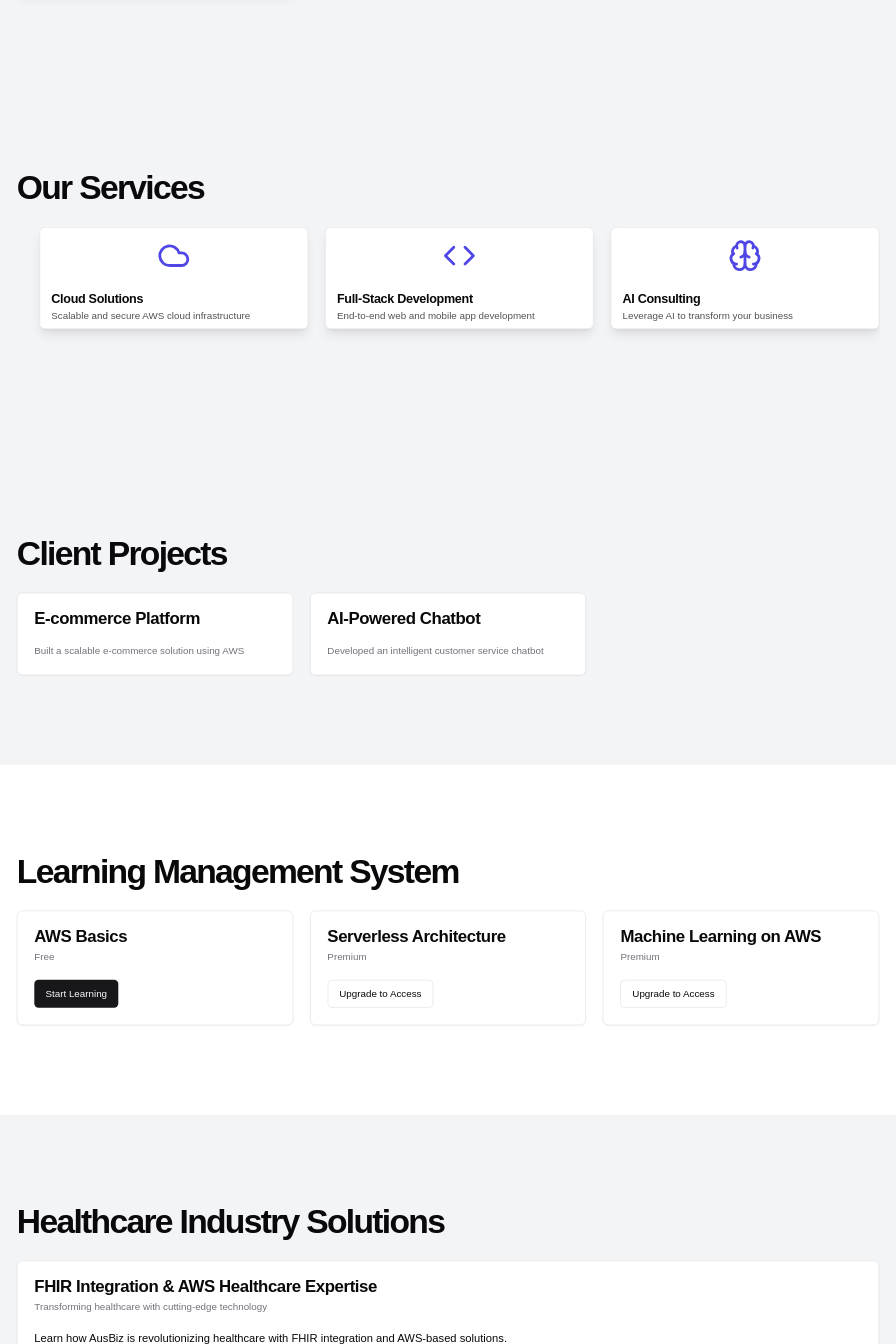
Repository: DiwanMalla/ausbizdemo1
Page: /
An editor plug-in stored every save of this project. The page is shown before and after the next save, followed by the edit.
The browser window is 1280 px wide. The pictures show the part of the page from y = 1384 to 3304 px (the page is 5709 px tall before and 5741 px after), at 70% of full size.
The project was rebuilt for these pictures with package versions that can differ from the ones it lists, and the page was loaded fresh each time. The framework's server and built-in components were replaced by stand-ins that run in the browser. Also part of the build but not shown: next.config.ts.

Above is the page before, as saved 2024-11-09 18:39:14.

After the next save:
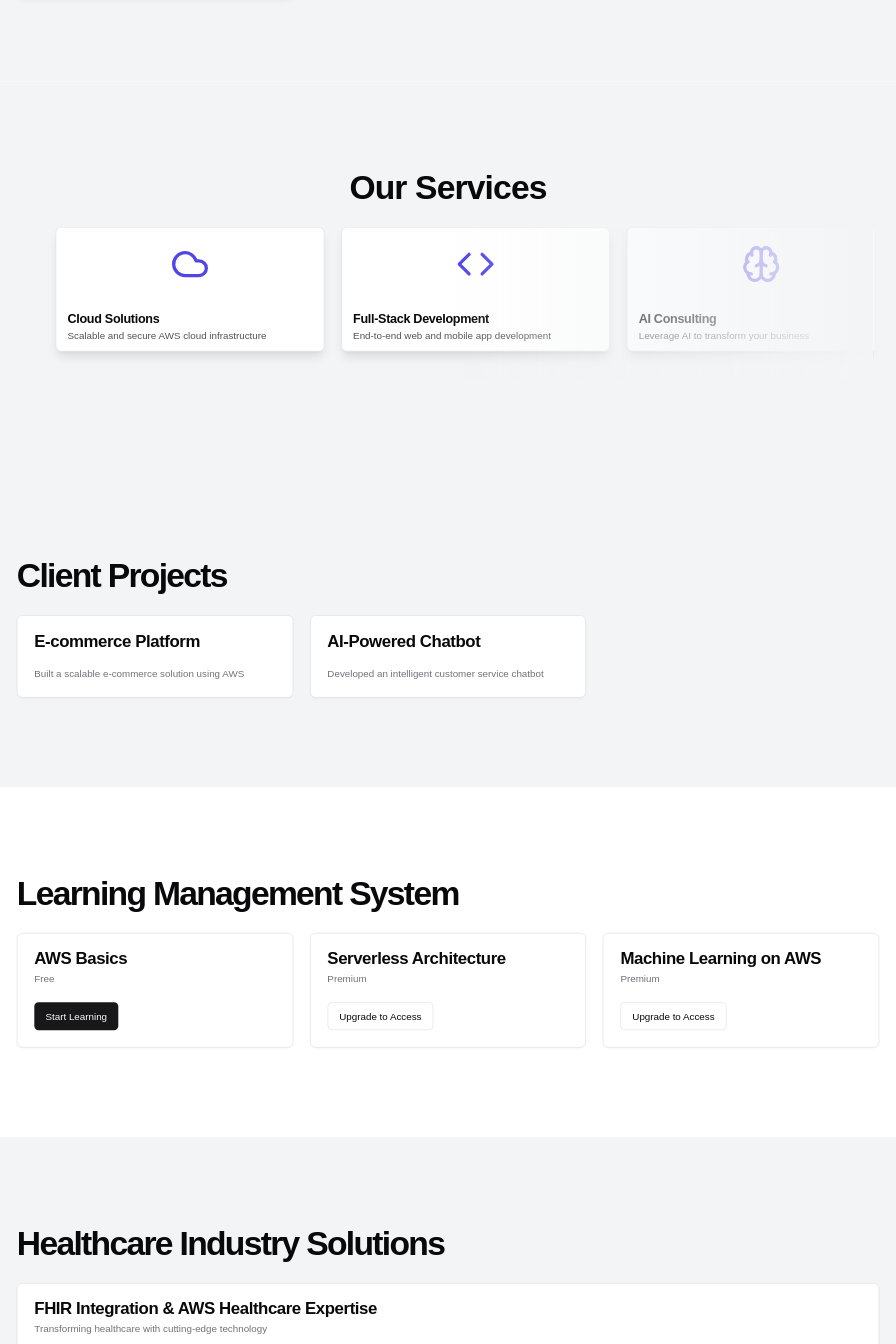
Saved 54 s later.
--- a/components/Services.tsx
+++ b/components/Services.tsx
@@ -45,21 +45,21 @@ const services = [
 export default function ServicesCarousel() {
   return (
     <section className="w-full py-12 md:py-24 lg:py-32 bg-gray-100 dark:bg-gray-800">
-      <div className="container px-4 md:px-6">
-        <h2 className="text-3xl font-bold tracking-tighter sm:text-4xl md:text-5xl mb-8 text-foreground">
+      <div className="container mx-auto px-6 md:px-8">
+        <h2 className="text-3xl font-bold tracking-tight sm:text-4xl md:text-5xl mb-8 text-center text-foreground">
           Our Services
         </h2>
-        <div className="flex overflow-x-auto pb-10 hide-scroll-bar scroll-smooth">
-          <div className="flex flex-nowrap space-x-6 px-4 lg:px-8">
+        <div className="relative">
+          <div className="flex overflow-x-auto pb-10 hide-scroll-bar scroll-smooth px-6 lg:px-12 space-x-6">
             {services.map((service, index) => (
               <Card
                 key={index}
-                className="flex-none w-64 sm:w-80 lg:w-96 bg-white shadow-lg rounded-lg transition-all duration-300 hover:scale-105"
+                className="flex-none w-64 sm:w-80 lg:w-96 bg-white shadow-lg rounded-lg transition-all duration-300 transform hover:scale-105 hover:shadow-xl"
               >
-                <CardHeader className="flex justify-center items-center p-4">
-                  <service.icon className="w-12 h-12 text-indigo-600" />
+                <CardHeader className="flex justify-center items-center p-6">
+                  <service.icon className="w-14 h-14 text-indigo-600" />
                 </CardHeader>
-                <CardContent className="px-4 py-2">
+                <CardContent className="px-4 py-3">
                   <CardTitle className="text-lg font-semibold text-foreground">
                     {service.title}
                   </CardTitle>
@@ -70,6 +70,7 @@ export default function ServicesCarousel() {
               </Card>
             ))}
           </div>
+          <div className="absolute top-0 left-0 right-0 bottom-0 bg-gradient-to-r from-transparent via-transparent to-gray-100 pointer-events-none"></div>
         </div>
       </div>
     </section>
